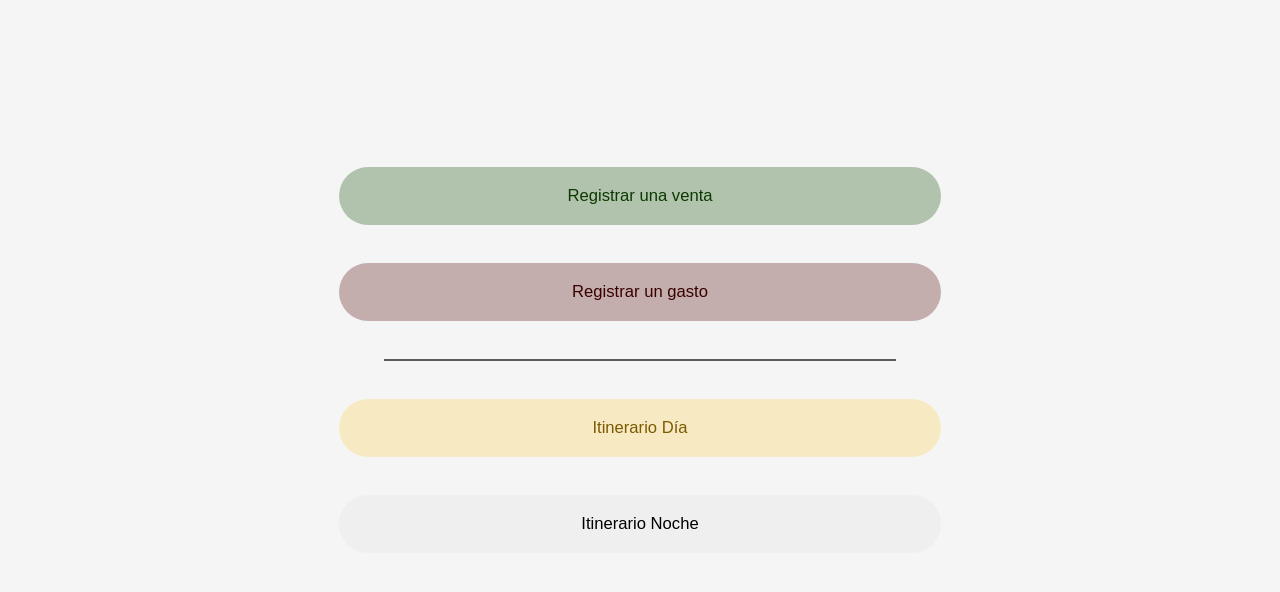
Repository: aCoupon0/intranet
Page: index.html
These files come from the project's save history. The page is drawn as it stood at one moment and after the next save; the edit follows.
The browser window is 1280 px wide. The pictures show the whole page.

Above is the page before, as saved 2024-11-29 11:55:33.

After the next save:
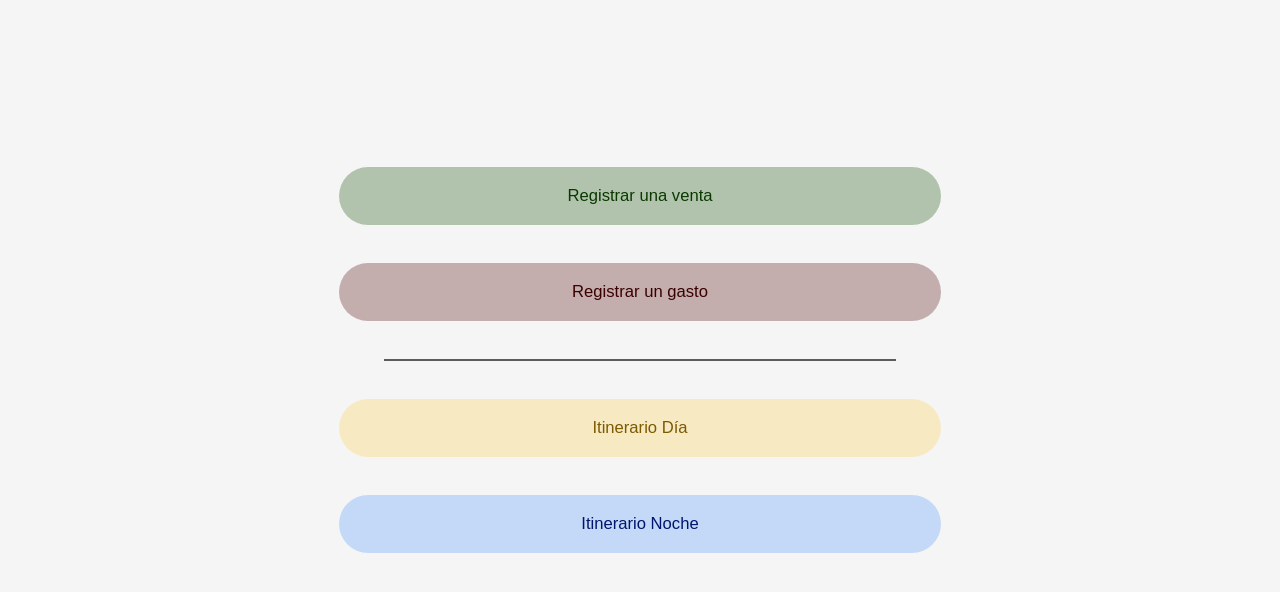
Saved 35 s later.
--- a/css/main.css
+++ b/css/main.css
@@ -50,3 +50,8 @@
     background-color: rgba(255, 192, 1, 0.203);
     color: rgb(123, 90, 0);
 }
+
+.noche {
+    background-color: rgba(1, 107, 255, 0.203);
+    color: rgb(0, 22, 109);
+}
